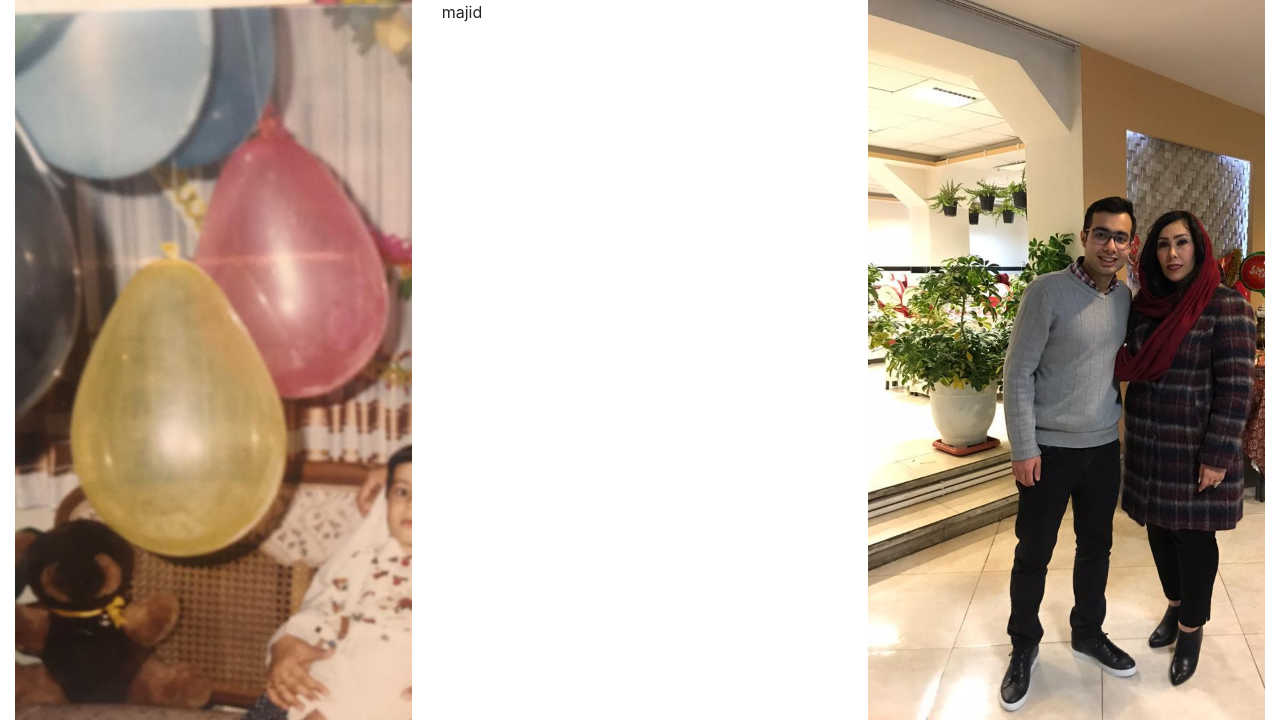
Repository: mirfarzam/mirfarzam.github.io
Page: khalelila/index.html
An editor plug-in stored every save of this project. The page is shown before and after the next save, followed by the edit.
The browser window is 1280 px wide. The pictures show the whole page.

Above is the page before, as saved 2020-04-30 21:13:14.

### khalelila/index.html
<html>
<head>
<title>تولد خاله لیلا</title>
<link href="https://stackpath.bootstrapcdn.com/bootstrap/4.4.1/css/bootstrap.min.css" rel="stylesheet" integrity="sha384-Vkoo8x4CGsO3+Hhxv8T/Q5PaXtkKtu6ug5TOeNV6gBiFeWPGFN9MuhOf23Q9Ifjh" crossorigin="anonymous">
<script
  src="https://code.jquery.com/jquery-3.5.0.min.js"
  integrity="sha256-xNzN2a4ltkB44Mc/Jz3pT4iU1cmeR0FkXs4pru/JxaQ="
  crossorigin="anonymous"></script>
<script src="https://stackpath.bootstrapcdn.com/bootstrap/4.4.1/js/bootstrap.min.js" integrity="sha384-wfSDF2E50Y2D1uUdj0O3uMBJnjuUD4Ih7YwaYd1iqfktj0Uod8GCExl3Og8ifwB6" crossorigin="anonymous"></script>
<script src="https://stackpath.bootstrapcdn.com/bootstrap/4.4.1/js/bootstrap.bundle.min.js" integrity="sha384-6khuMg9gaYr5AxOqhkVIODVIvm9ynTT5J4V1cfthmT+emCG6yVmEZsRHdxlotUnm" crossorigin="anonymous"></script>

<style>
.maincontrainer{
    width:100vw;
    height:100vh
}
.maincontrainer .row, .maincontrainer .row .col-sm-4{
    height: inherit;
    width: inherit;
}
.maincontrainer .row .col-sm-4 {
    position:relative;
}
.maincontrainer .row .col-sm-4 img{
    width:100%;
    height:100%;
    position:relative;
    top:0;
    left:0;
    object-fit:cover;
    object-position: -0px;
}

</style>
</head>
<body>
<section class="container-fluid maincontrainer">
    <div class="row">
        <div class="col-sm-4"><img src="old.jpeg"></div>
        <div class="col-sm-4">majid</div>
        <div class="col-sm-4"><img src="new.jpeg"></div>
    </div>
</section>
</body>
</html>

After the next save:
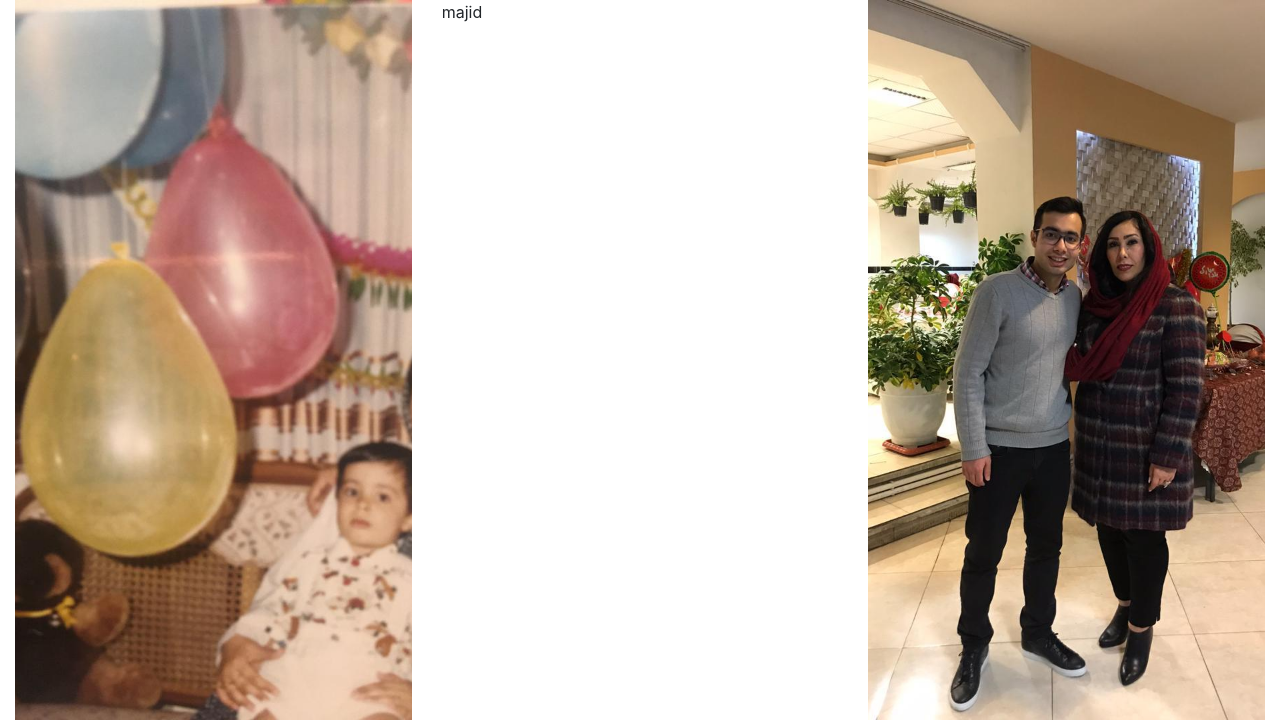
Saved 1 s later.
--- a/khalelila/index.html
+++ b/khalelila/index.html
@@ -28,7 +28,7 @@
     top:0;
     left:0;
     object-fit:cover;
-    object-position: -0px;
+    object-position: -50px;
 }
 
 </style>

After the save that followed:
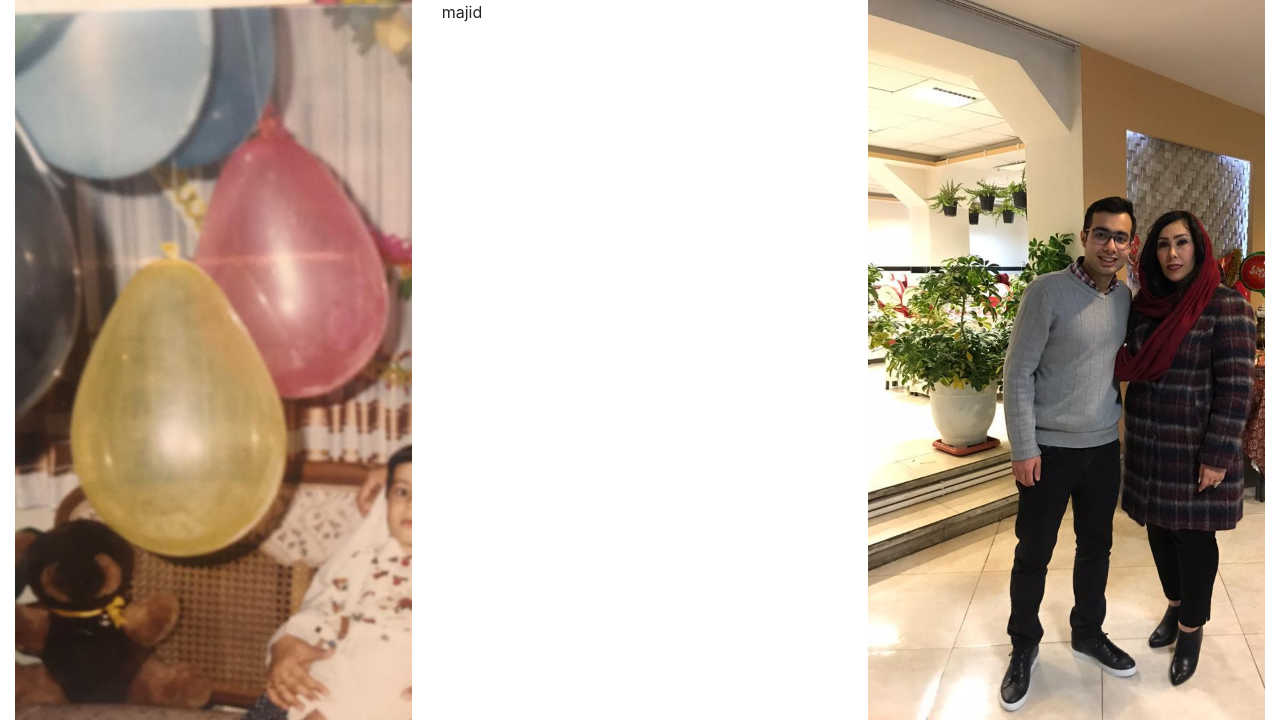
Saved 6 s later.
--- a/khalelila/index.html
+++ b/khalelila/index.html
@@ -28,7 +28,7 @@
     top:0;
     left:0;
     object-fit:cover;
-    object-position: -50px;
+    object-position: -0px;
 }
 
 </style>
